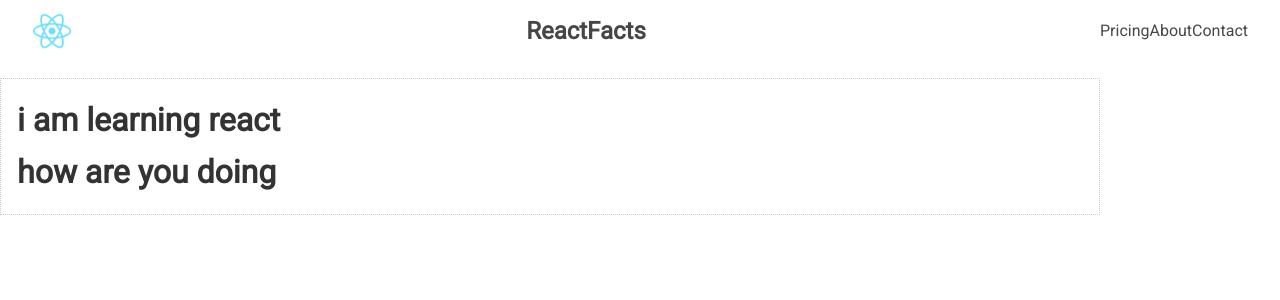
Repository: Richswag009/my-travel-journal
Page: /
An editor plug-in stored every save of this project. The page is shown before and after a run of saves, followed by the edit.
The browser window is 1280 px wide. The pictures show the whole page.
The project was rebuilt for these pictures with package versions that can differ from the ones it lists, and the page was loaded fresh each time.

Above is the page before, as saved 2022-06-14 17:37:18.

After the next 2 saves:
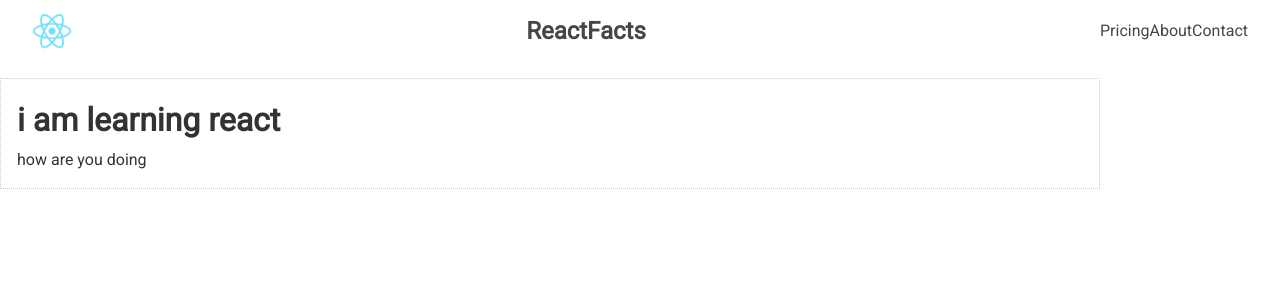
The 2 saves are shown as one change because 1 did not build or start.
The last was saved 3 min 26 s later.
--- a/src/component/maincontent/Maincontent.js
+++ b/src/component/maincontent/Maincontent.js
@@ -8,7 +8,7 @@
         return (
             <div className='container card'>
                 <h1>i am learning react</h1>
-                <h1>how are you doing</h1>
+                <p>how are you doing</p>
             </div>
         )
     }
